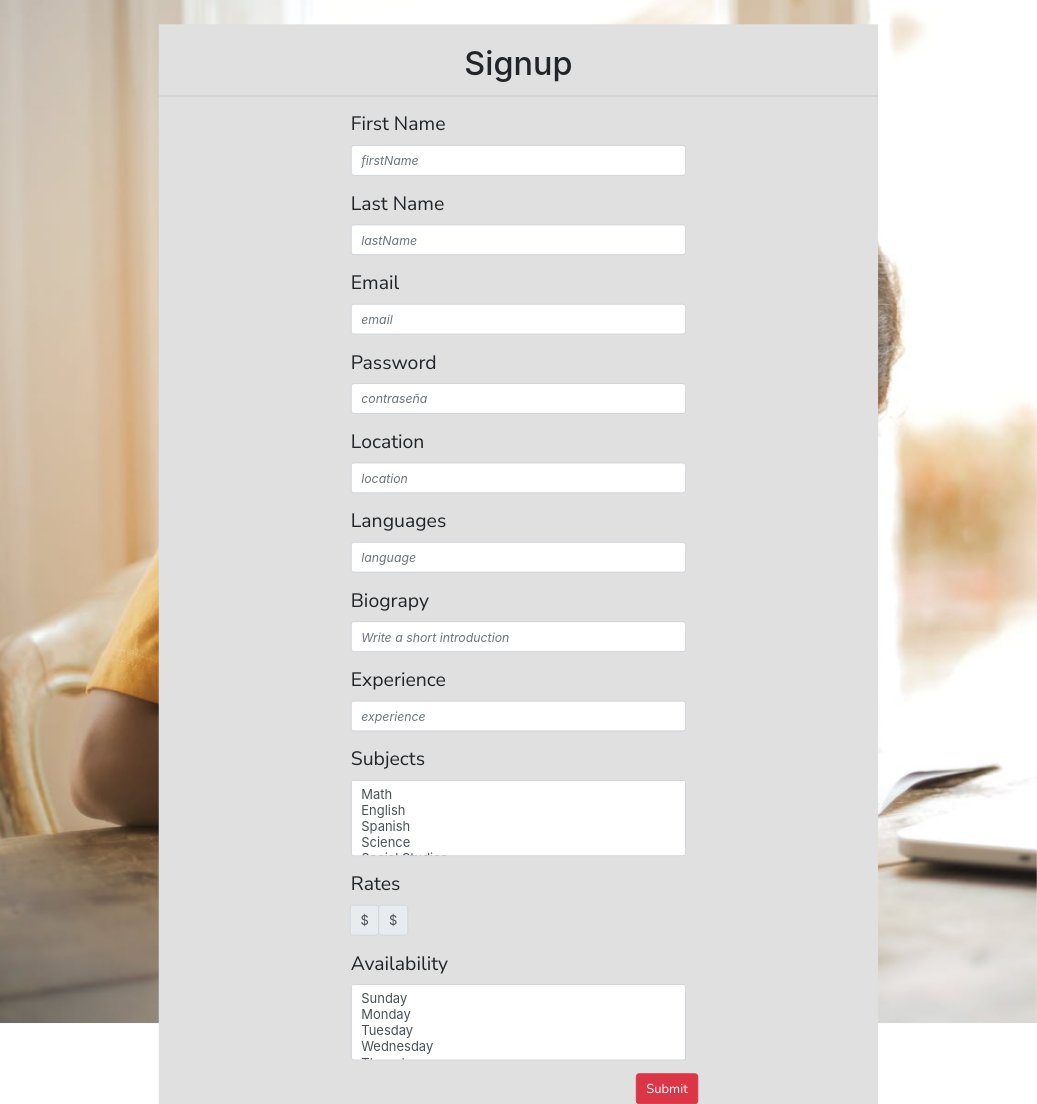
Repository: uprm-inso-4117-2020-2021-s2/semester-project-uprm-inso-4117-2020-2021-s2-team-7
Page: / (app in tutorfinder/)
These files come from the project's save history. The page is drawn as it stood at one moment and after the next save; the edit follows.
The browser window is 1280 px wide. The pictures show the whole page, at 81% of full size.
The project was rebuilt for these pictures with package versions that can differ from the ones it lists, and the page was loaded fresh each time. Also part of the build but not shown: tutorfinder/src/components/Navbar.css, tutorfinder/src/components/Navbar.js, tutorfinder/src/components/TutorInfo.js, tutorfinder/src/Nav.js, tutorfinder/src/Signup.js, tutorfinder/src/Login.js, tutorfinder/src/Home.js, tutorfinder/src/BulletinBoard.css and 3 more.

Above is the page before, as saved 2021-03-30 23:01:39.

After the next save:
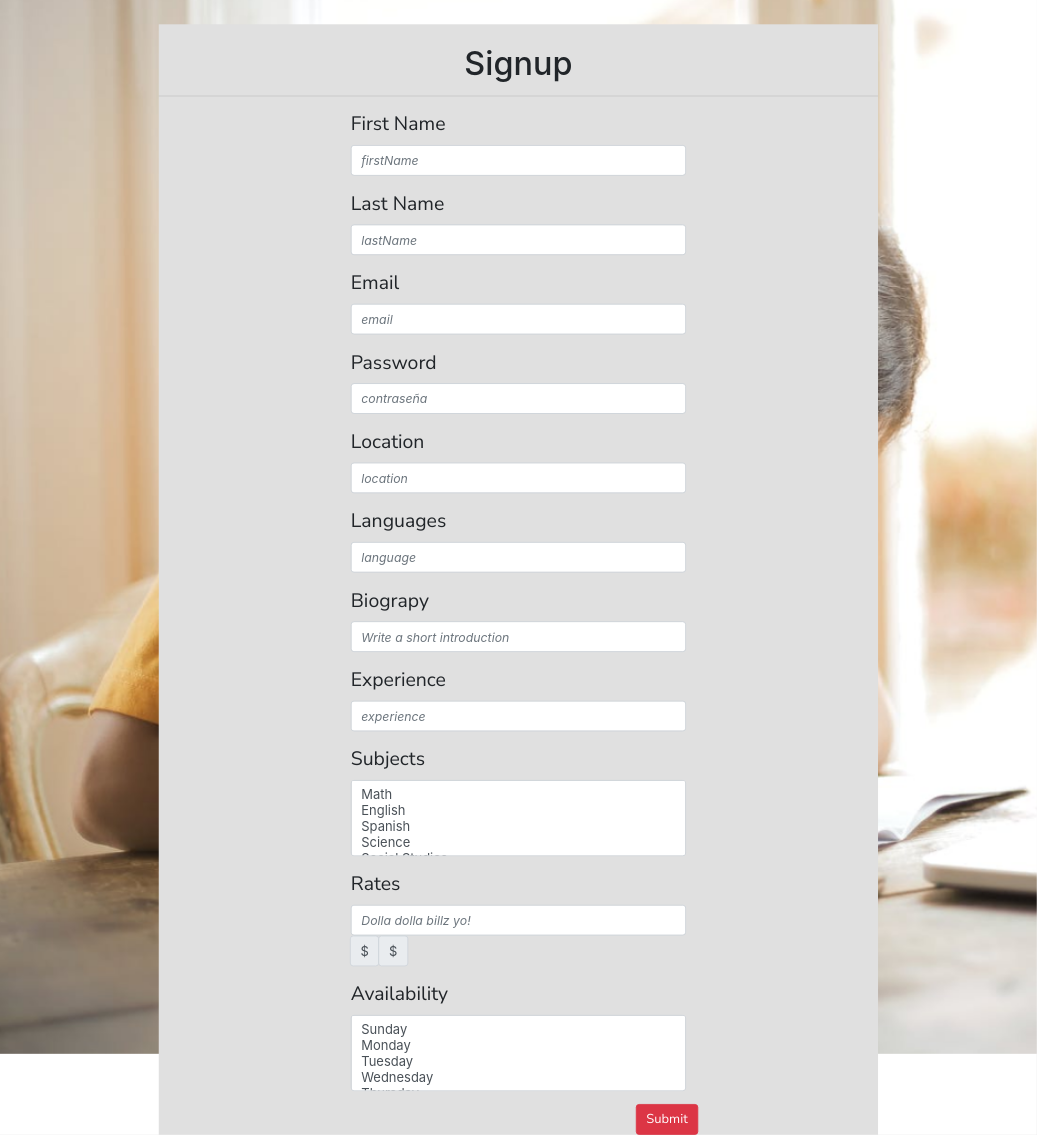
Saved 3 min 18 s later.
--- a/tutorfinder/src/SignupPage.js
+++ b/tutorfinder/src/SignupPage.js
@@ -174,7 +174,7 @@ class SignupPage extends React.Component {
                   <div className="text-left">
                     <Label for="">Rates</Label>
                   </div>
-
+                  <Input placeholder="Dolla dolla billz yo!" />
                   <InputGroupAddon addonType="append">
           <InputGroupText>$</InputGroupText>
           <InputGroupText>$</InputGroupText>
